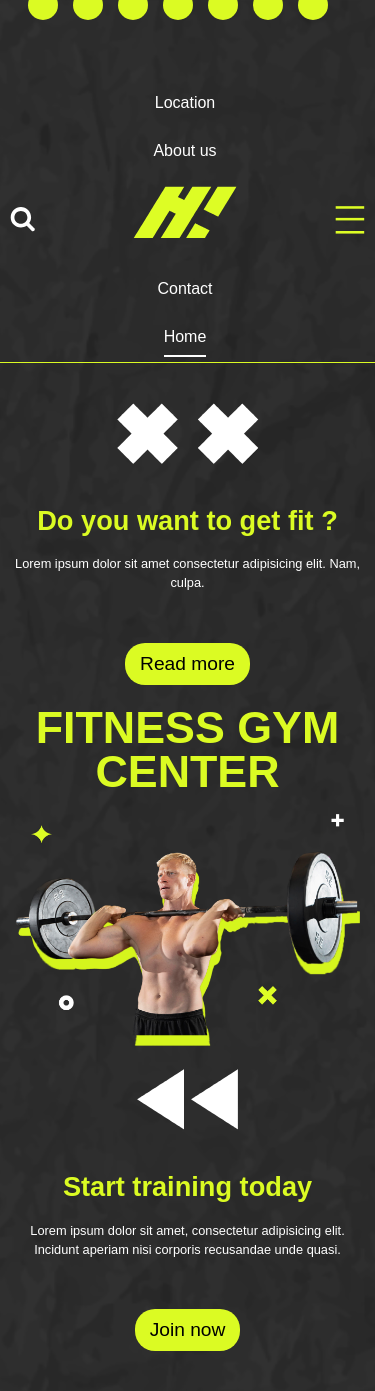
Repository: sem1103/fitness-test
Page: index.html
The author's editor kept a copy of each file at every save. The page is drawn from the files as they stood at one save, then again after the next save.
The browser window is 375 px wide. The pictures show the whole page.

Above is the page before, as saved 2023-11-03 19:09:14.

### index.html
<!DOCTYPE html>
<html lang="en">
<head>
    <meta charset="UTF-8">
    <meta name="viewport" content="width=device-width, initial-scale=1.0">
    <title>Fitness</title>
    <link rel="stylesheet" href="style/reset.css"/>
    <link rel="stylesheet" href="style/main.css"/>
</head>
<body>
    <div id="circles">
        <ul>
            <li></li>
            <li></li>
            <li></li>
            <li></li>
            <li></li>
            <li></li>
            <li></li>
        </ul>
    </div>
    <header class="container">
        <div id="search">
            <svg version="1.2" xmlns="http://www.w3.org/2000/svg" viewBox="0 0 25 25" width="25" height="25"><style>.a{fill:#fff}</style><path fill-rule="evenodd" class="a" d="m23 24.2c-0.5 0-1 0-1.4-0.5-4.9-4.9-4.9-4.9-4.9-4.9-1.9 1.2-3.7 1.6-5.8 1.6-5.6 0-10.2-4.4-10.2-10 0-5.8 4.6-10.3 10.2-10.3 5.6 0 10.2 4.5 10.2 10.3 0 1.9-0.7 4-1.9 5.6 4.9 5.1 4.9 5.1 4.9 5.1 0.5 0.3 0.7 0.7 0.7 1.2 0 1.2-0.9 1.9-1.8 1.9zm-12.1-20.3c-3.7 0-6.5 2.8-6.5 6.5 0 3.5 2.8 6.3 6.5 6.3 3.5 0 6.5-2.8 6.5-6.3 0-3.7-3-6.5-6.5-6.5z"/></svg>
        </div>
        <nav>
            <ul>
                <li><a href="">Location</a></li>
                <li><a href="">About us</a></li>
                <li><a href=""><img src="./img/logo.png" alt="Logo"></a></li>
                <li><a href="">Contact</a></li>
                <li class="active"><a href="">Home</a></li>
            </ul>
        </nav>
        <div id="burger__menu">
            <img src="img/burger-icon.png" alt="">
        </div>
    </header>
    <main>

        <div id="intro" class="container">
            <div class="side__section">
                <div class="img">
                    <img src="img/section-one.png" alt="">
                </div>
                <h2>Do you want
                    to get fit ?</h2>
                <p>Lorem ipsum dolor sit amet consectetur adipisicing elit. Nam, culpa.</p>
                <button>Read more</button>
            </div>
            <div class="main__section">
                <h1>FITNESS GYM <br/>
                    CENTER</h1>
                <img src="img/section-two.png" alt="">
            </div>
            <div class="side__section">
                <div class="img">
                    <img src="img/section-three.png" alt="">
                </div>
                <h2>Start training
                    today</h2>
                <p>Lorem ipsum dolor sit amet, consectetur adipisicing elit. Incidunt aperiam nisi corporis recusandae unde quasi.</p>
                <button>Join now</button>
            </div>
        </div>


    </main>
</body>
</html>

### style/reset.css
html, body, div, span, applet, object, iframe,
h1, h2, h3, h4, h5, h6, p, blockquote, pre,
a, abbr, acronym, address, big, cite, code,
del, dfn, em, img, ins, kbd, q, s, samp,
small, strike, strong, sub, sup, tt, var,
b, u, i, center,
dl, dt, dd, ol, ul, li,
fieldset, form, label, legend,
table, caption, tbody, tfoot, thead, tr, th, td,
article, aside, canvas, details, embed,
figure, figcaption, footer, header, hgroup,
menu, nav, output, ruby, section, summary,
time, mark, audio, video {
	margin: 0;
	padding: 0;
	border: 0;
	font-size: 100%;
	font: inherit;
	vertical-align: baseline;
}
/* HTML5 display-role reset for older browsers */
article, aside, details, figcaption, figure,
footer, header, hgroup, menu, nav, section {
	display: block;
}
body {
	line-height: 1;
	font-family: Arial, Helvetica, sans-serif;
}
ol, ul {
	list-style: none;
}
blockquote, q {
	quotes: none;
}
blockquote:before, blockquote:after,
q:before, q:after {
	content: '';
	content: none;
}
table {
	border-collapse: collapse;
	border-spacing: 0;
}
a{
	text-decoration: none;
}

### style/main.css
.container {
    max-width: 1100px;
    margin: auto;
}

body {
    background: url(./../img/background.png) center/cover;
    min-height: 100vh;
}

#circles ul {
    display: flex;
    flex-direction: row;
    width: 100%;
    justify-content: center;
    gap: 15px;
    margin: -10px;
}

#circles li {
    padding: 15px;
    border-radius: 50%;
    background-color: #dbfb23;
}

header {
    padding: 70px 10px 0 10px;
    border-bottom: 1px solid #dbfb23;
}
header > div{
    flex-basis: 5%;
}

header,
nav ul {
    display: flex;
    flex-direction: row;
    justify-content: space-between;
    align-items: center;
}

nav {
    flex-basis: 80%;
}

nav ul {
    align-items: stretch;
}

nav li {
    display: flex;
    align-items: center;
    transition: all .3s ease-in-out;
    border-bottom: 2px solid transparent;
}
nav li:nth-child(3){
    margin: 0 0 15px 0;
    border: 0;
}
nav a {
    color: #fff;
}

nav li:hover {
    color: #dbfb23;
    transition: all .3s ease-in-out;
    border-color: #fff;
}
.active{
    color: #dbfb23;
    transition: all .3s ease-in-out;
    border-color: #fff;
}

#burger__menu{
    text-align: center;
}

h1{
    font-size: 3.8rem;
    font-weight: 900;
    color: #dbfb23;
    text-align: center;
    margin: 0  0 20px 0;
}
h2{
    color: #dbfb23;
    font-size: 1.7rem;
    font-weight: 600;
}
#intro{
    display: flex;
    flex-direction: row;
    padding: 40px 15px;
    gap: 20px;
}
#intro p{
    color: #fff;
    font-size: 1.1rem;
    line-height: 1.5;
    margin: 0 0 50px 0;
}

#intro button{
    border: 0;
    outline: 0;
    padding: 10px 15px;
    background-color: #dbfb23;
    border-radius: 20px;
    font-size: 1.2rem;
    cursor: pointer;
}
.img{
    text-align: center;
    margin: 0 0 40px 0;
}
.main__section img{
    width: 100%;
}
.main__section{
    flex-basis: 50%;
}
.side__section{
    flex-basis: 25%;
}
.side__section h2{
    margin: 20px 0;
}
.side__section:last-of-type{
    text-align: right;
}


@media only screen and (max-width: 950px) {
    h1{
        font-size: 2.8rem;
    }
}
@media only screen and (max-width: 768px) {
    #intro p{
        font-size: .8rem;
    }
}

@media only screen and (max-width: 520px) {
    #intro , .side__section:last-of-type{
        flex-direction: column;
        text-align: center;
    }

}
@media only screen and (max-width: 480px) {
    nav ul{
        flex-direction: column;
      align-items: center;
    }
    nav li{
        margin: 5px 0;
        padding: 10px 0;
    }

}

After the next save:
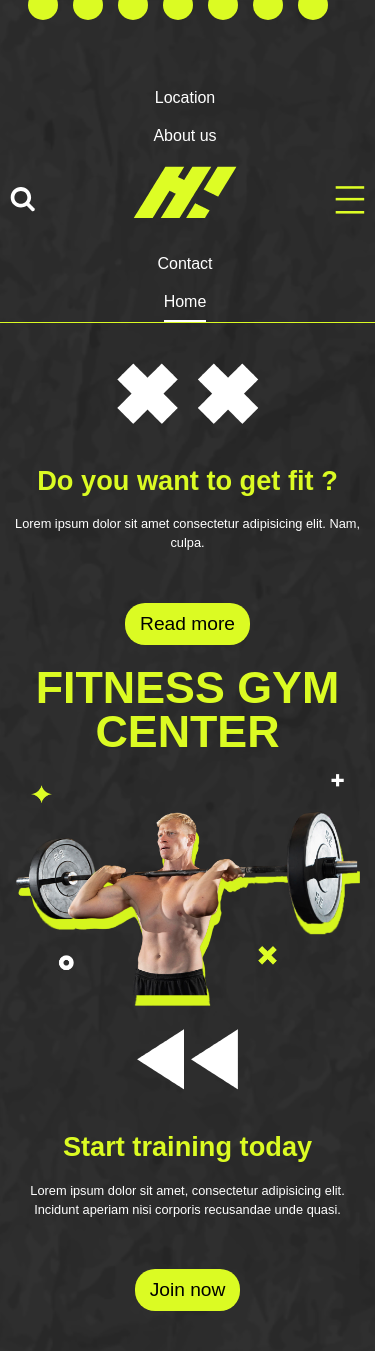
Saved 5 s later.
--- a/style/main.css
+++ b/style/main.css
@@ -155,7 +155,7 @@
       align-items: center;
     }
     nav li{
-        margin: 5px 0;
+
         padding: 10px 0;
     }
 
